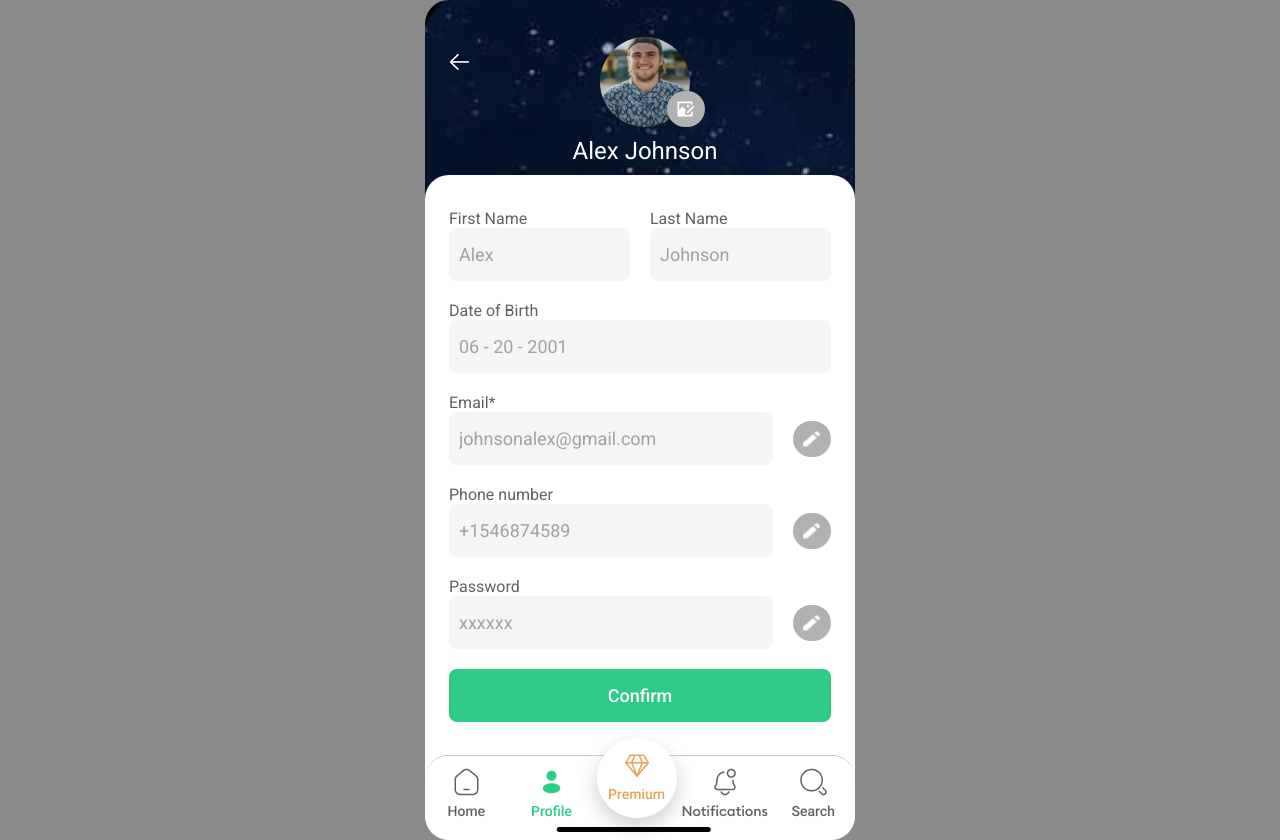
Repository: AytacSafarova/Task-figma-ui
Page: index.html
The author's editor kept a copy of each file at every save. The page is drawn from the files as they stood at one save, then again after the next save.
The browser window is 1280 px wide. The pictures show the whole page.

Above is the page before, as saved 2023-02-25 19:51:47.

### index.html
<html lang="en">
  <head>
    <meta charset="UTF-8" />
    <meta http-equiv="X-UA-Compatible" content="IE=edge" />
    <meta name="viewport" content="width=device-width, initial-scale=1.0" />
    <link rel="stylesheet" href="./index.css" />
    <title>Document</title>
  </head>
  <body>
    <div>
    <div class="container">
      <header>
  <img class="arrow" src="./images/arrow.png" alt="">
            <div class="avatarCollaj">
                <img
                class="avatar"
                src="./images/profle.png"
                alt=""
              />

          <div class="circle">
            <img class="vector" src="./images/Vector (1).svg" alt="" />
          </div>
        </div>


        <h1>Alex Johnson</h1>
      </header>
      <div class="main" >

        <form action="">
            <div class="form_title collaj">
              <div class="name">
                <label> First Name </label>

                <input type="text" value="Alex" name="name" />
              </div>
              <div>
                <label> Last Name </label>

                <input type="text" value="Johnson" name="name" />
              </div>
            </div>
            <div class="collaj">
              <label> Date of Birth </label>

              <input type="text" value="06 - 20 - 2001" name="name" />
            </div>
            <div class="collaj">


                    <div class="inputLabel collaj">
                <label> Email* </label>
                <div class="iconCollaj">

                <input type="email" value="johnsonalex@gmail.com" name="name" />
            <div class="circle">
                <img class="vector" src="./images/Vector.png" alt="" />
              </div>
              </div>
            </div>

            <div class="inputLabel collaj">
                <label> Phone number </label>
                <div class="iconCollaj">

                <input type="text" value="+1546874589" name="name" />
            <div class="circle">
                <img class="vector" src="./images/Vector.png" alt="" />
              </div>
              </div>
            </div>

            <div class="inputLabel collaj">
                <label> Password </label>
                <div class="iconCollaj">

                <input type="email" value="xxxxxx" name="name" />
            <div class="circle">
                <img class="vector" src="./images/Vector.png" alt="" />
              </div>
              </div>
            </div>
    <button type="submit">Confirm</button>

          </form>
          <footer>
            <img src="./images/Frame 631814.png" alt="">
             </footer>
      </div>

    </div>

</div>

  </body>
</html>

### index.css
@import url("https://fonts.googleapis.com/css2?family=Roboto:wght@500&display=swap");
@import url("https://fonts.googleapis.com/css2?family=Roboto:wght@400;500&display=swap");
* {
  margin: 0;
  padding: 0;
  box-sizing: border-box;
  font-family: Roboto;
}

body {
  background-color: #8a8a8a;
}
.main {
  /* position: relative; */
}
.container {
  width: 430px;
  height: 300px;
  position: relative;
  margin: auto;
  border-radius: 24px;
  background: url("./images/background.png");
}
header {
  padding-top: 37px;
  padding-left: 10px;
}

.avatarCollaj {
  margin: auto;
  width: 90px;
  height: 90px;
  position: relative;
}
.avatar {
  width: 90px;
  height: 90px;
  border-radius: 50%;
  object-fit: fill;
}
.arrow{
    width: 50px;
    height: 50px;
    position: absolute;
}

.circle {
  width: 37.95px;
  height: 36px;
  border-radius: 24px;
  padding: 10px;
  background-color: #b1b1b1;
}
.avatarCollaj .circle {
  position: absolute;
  right: -15px;
bottom: 0;
}
.vector {
  width: 17.95px;
  height: 16px;
}
h1 {
  font-family: Roboto;
  font-weight: 400;
  font-size: 24px;
  line-height: 28px;
  letter-spacing: 1%;
  color: #ffffff;
  text-align: center;
  margin-top: 10px;
  margin-bottom: 10px;
}

form {
  border-top-left-radius: 24px;
  border-top-right-radius: 24px;
  background-color: #ffffff;
  padding-top: 34px;
  padding-bottom: 34px;
  padding-left: 24px;
  padding-right: 24px;
}
main{

}
.form_title {
  display: flex;
}
.form_title input {
  width: 181px;
  height: 53px;
}
input {
  background-color: #f5f5f7;

  width: 100%;
  padding-top: 16px;
  padding-bottom: 16px;
  padding-left: 10px;
  border: none;
  border-radius: 8px;
  font-weight: 400;
  color: #A1A1A1
  ;
  font-size: 18px;
}
label {
  display: block;
  color: #616161;
}
.name {
  margin-right: 20px;
}
.collaj {
  margin-bottom: 20px;
}
.iconCollaj {
  display: flex;
}
.iconCollaj .circle {
  margin: auto;
  margin-left: 20px;
}
.inputLabel input {
  width: 337px;
  height: 53px;
}

button {
  background-color: #2fcc87;
  width: 100%;
  padding-top: 16px;
  padding-bottom: 16px;
  text-align: center;
  color: #ffffff;
  font-size: 18px;
  border: none;
  font-family: Roboto;
  font-weight: 500;
  border-radius: 8px;
}
footer {
  position: absolute;
  left: 0;
}

After the next save:
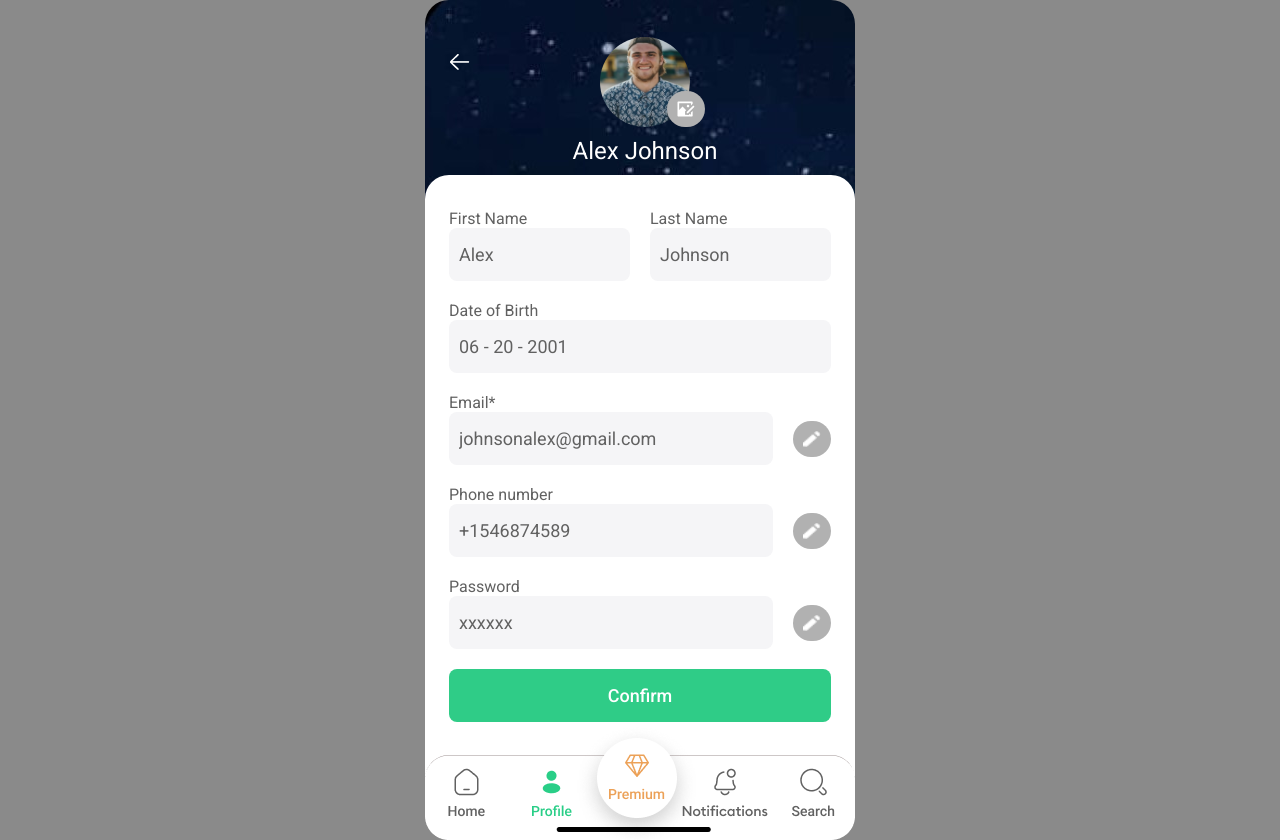
Saved 17 s later.
--- a/index.css
+++ b/index.css
@@ -101,7 +101,8 @@ input {
   border: none;
   border-radius: 8px;
   font-weight: 400;
-  color: #A1A1A1
+  color: #616161
+
   ;
   font-size: 18px;
 }
